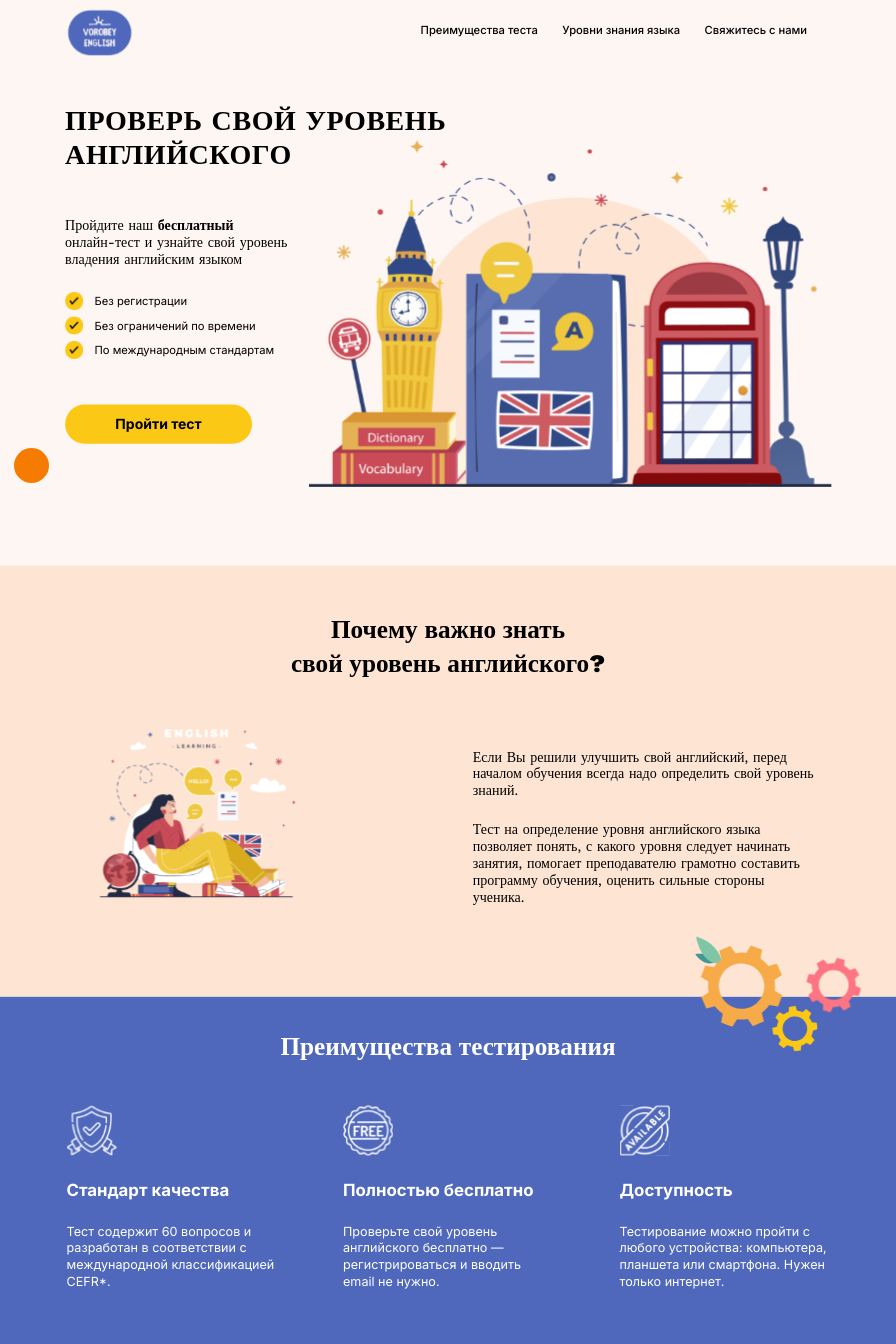
Repository: WladimirVA/Diplom
Page: templates/Index.html
These files come from the project's save history. The page is drawn as it stood at one moment and after the next save; the edit follows.
The browser window is 1280 px wide. The pictures show the part of the page from y = 0 to 1920 px (the page is 3870 px tall), at 70% of full size.

Above is the page before, as saved 2023-06-08 16:12:54.
Console error: TypeError: Cannot set properties of null (setting 'onclick')

After the next save:
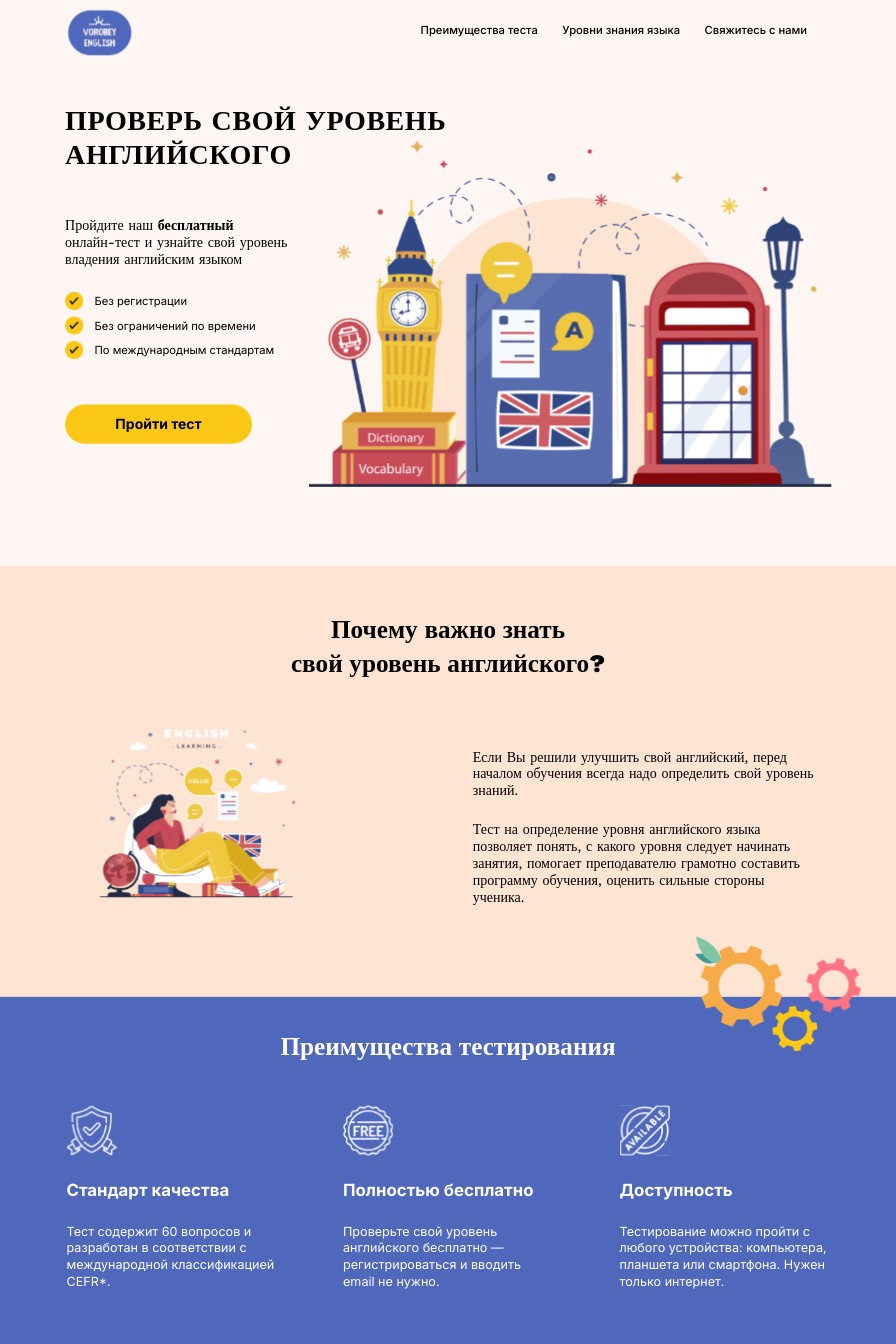
Saved 114 s later.
--- a/templates/Index.html
+++ b/templates/Index.html
@@ -279,7 +279,7 @@
             </div>
         </div>
     </section>
-    <div class="btn-up">
+    <div class="">
         <svg xmlns="http://www.w3.org/2000/svg" style="display: none;">
             <symbol id="arrow-up-short" viewBox="0 0 16 16">
               <path fill-rule="evenodd" d="M8 12a.5.5 0 0 0 .5-.5V5.707l2.146 2.147a.5.5 0 0 0 .708-.708l-3-3a.5.5 0 0 0-.708 0l-3 3a.5.5 0 1 0 .708.708L7.5 5.707V11.5a.5.5 0 0 0 .5.5z" />
